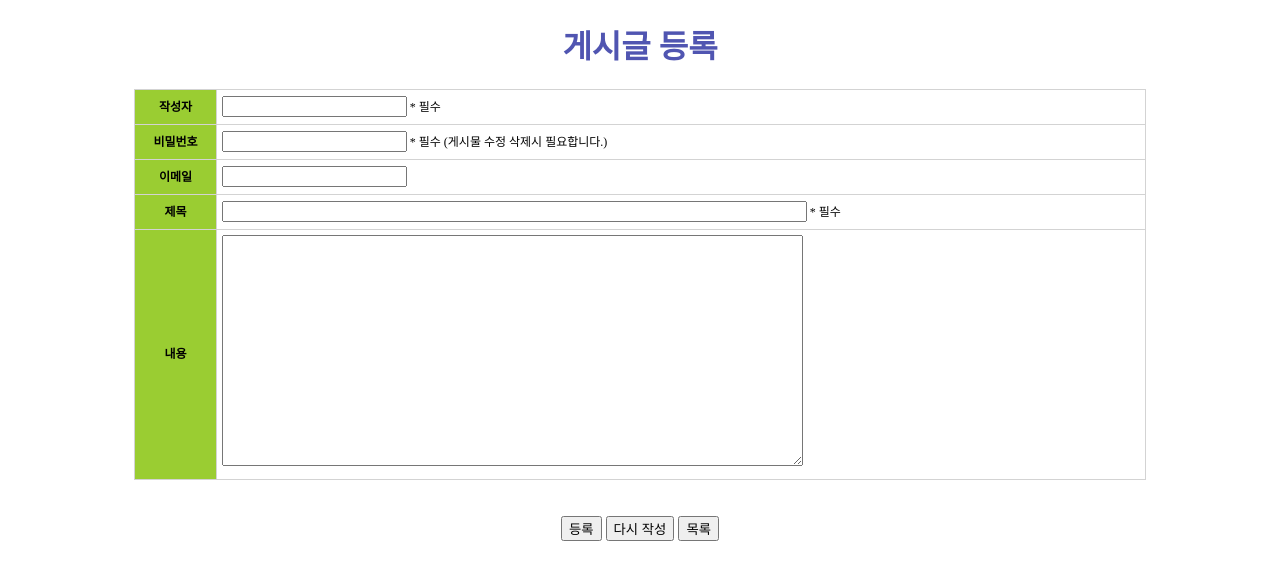
Repository: Yundanbi/Kyobo
Page: http://localhost/kyobo/board/boardWrite.jsp
These files come from the project's save history. The page is drawn as it stood at one moment and after a run of saves; the edit follows.
The browser window is 1280 px wide. The pictures show the whole page.
The page is served by Tomcat 9.

Above is the page before, as saved 2025-06-16 08:50:51.

After the next 2 saves:
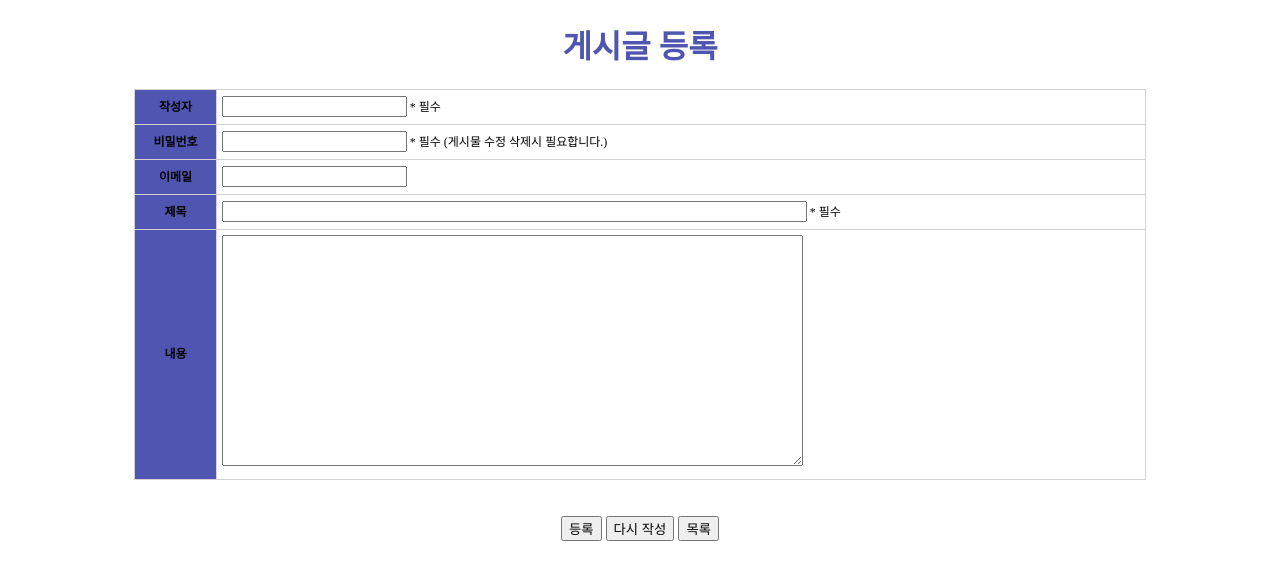
The 2 saves are shown as one change because they came seconds apart.
The last was saved 32 s later.
--- a/kyobo/src/main/webapp/css/shopping.css
+++ b/kyobo/src/main/webapp/css/shopping.css
@@ -9,7 +9,7 @@
       table {width: 80%; border-collapse: collapse; font-size: 12px; line-height: 24px;}
       table td,th {border: #d3d3d3 solid 1px;  padding: 5px; }
 
-      th {background: yellowgreen;}
+      th {background: #5055b1;}
       img {width: 220px; height: 300px;}
       a {text-decoration: none; color: black; }
       a:HOVER {text-decoration: underline; color: green; }
